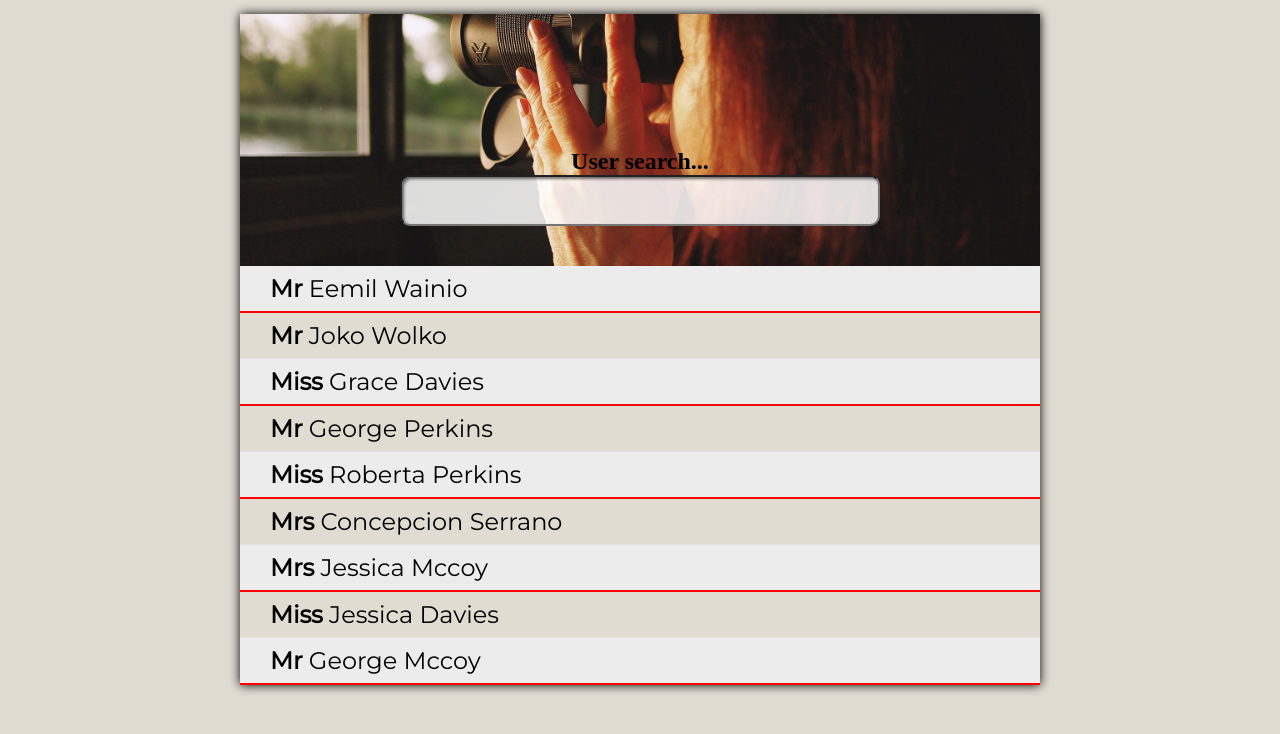
Repository: KrzysKolo/sr_tydzien5_zad4
Page: /
The author's editor kept a copy of each file at every save. The page is drawn from the files as they stood at one save, then again after the next save.
The browser window is 1280 px wide. The pictures show the whole page.
The project was rebuilt for these pictures with package versions that can differ from the ones it lists, and the page was loaded fresh each time.

Above is the page before, as saved 2021-01-03 05:49:10.

After the next save:
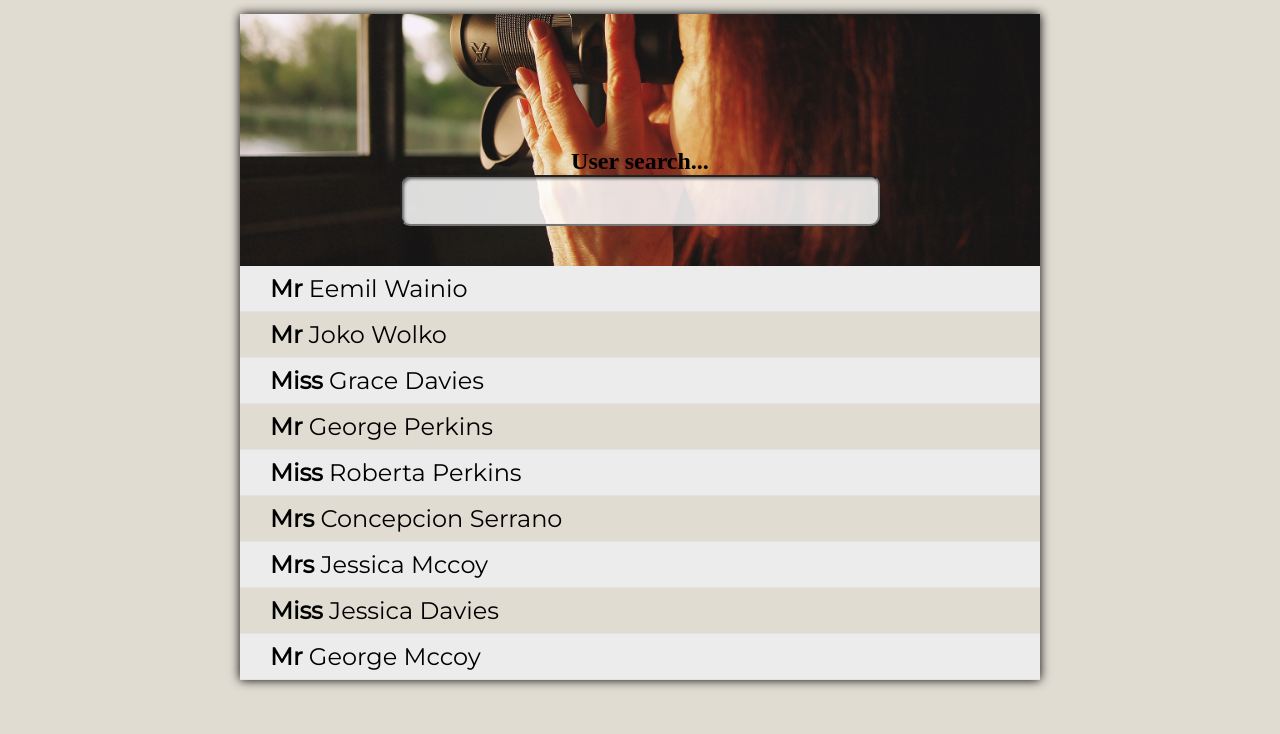
Saved 26 s later.
--- a/src/App.css
+++ b/src/App.css
@@ -50,5 +50,4 @@ section {
 }
 .user:nth-child(odd) {
   background: #ececec;
-  border-bottom: 2px solid red;
 }
